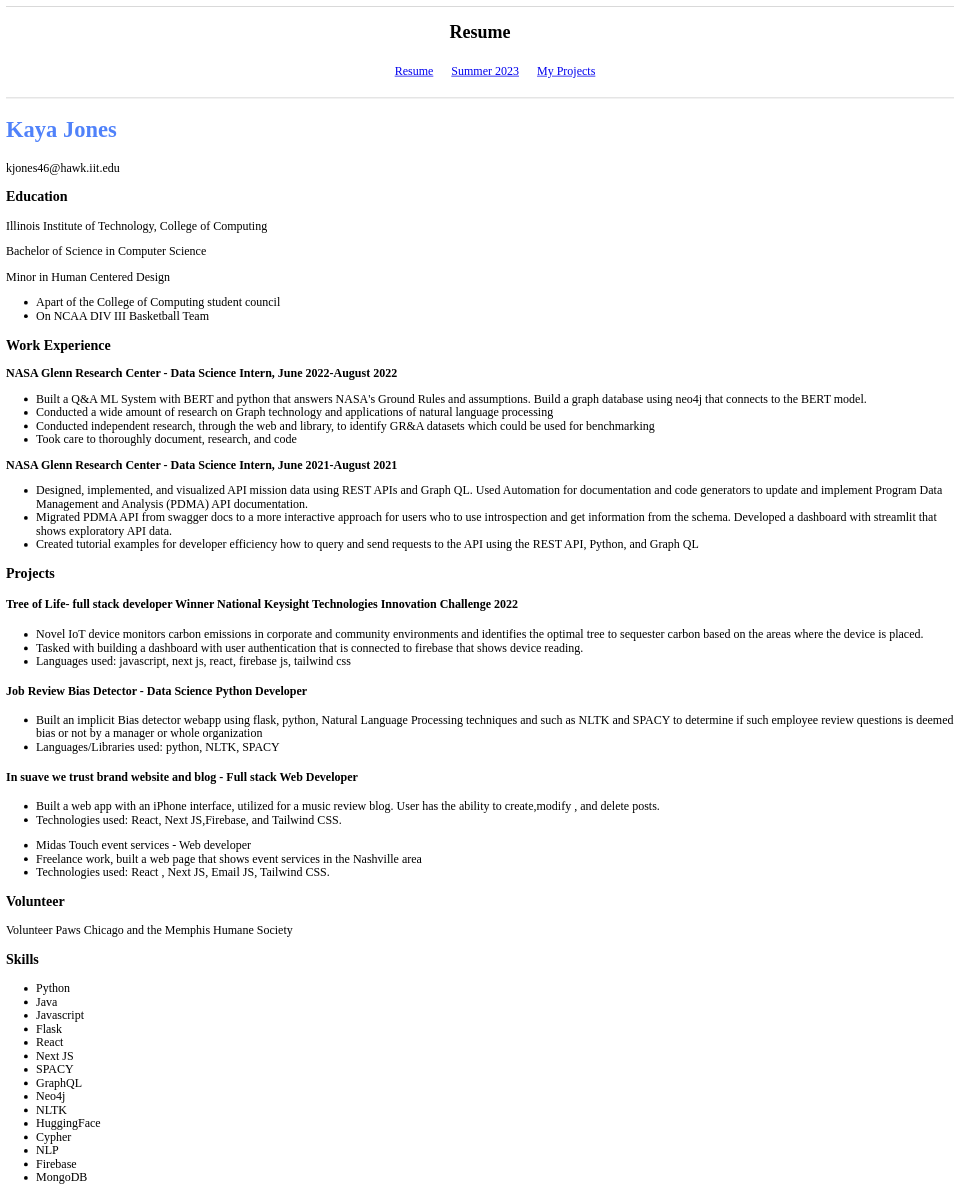
Repository: kayacancode/itm361project1
Page: index.html
An editor plug-in stored every save of this project. The page is shown before and after the next save, followed by the edit.
The browser window is 1280 px wide. The pictures show the whole page, at 75% of full size.
Some web fonts or font styles are not loaded; a fallback is used.

Above is the page before, as saved 2023-03-04 12:59:30.

### index.html
<!DOCTYPE html>
<html lang="en">
  <head>
    <meta charset="UTF-8" />
    <title>ITMD 361 - Web Development</title>
    <link rel="stylesheet" href="css/style.css" />

  </head>
  <body>
    <header>
      <nav>
        <h1>Resume</h1>
        <ul>
          <li><a href="index.html">Resume</a></li>
          <li><a href="summer2023.html">Summer 2023</a></li>
          <li><a href="projects.html">My Projects</a></li>
        </ul>
      </nav>
    </header>
    <h2>Kaya Jones</h2>
    <p>kjones46@hawk.iit.edu</p>
    <h3>Education</h3>
    <p>Illinois Institute of Technology, College of Computing</p>
    <p>Bachelor of Science in Computer Science</p>
    <p>Minor in Human Centered Design</p>
    <ul >
      <li>Apart of the College of Computing student council</li>
      <li>On NCAA DIV III Basketball Team</li>
    </ul>
    <section>
    <h3>Work Experience</h3>
    <p>
      <span style="font-weight:bold">NASA Glenn Research Center - Data Science Intern, June 2022-August 2022 </span>
    </p>
    <ul >
      <li>
        Built a Q&A ML System with BERT and python that answers NASA's Ground
        Rules and assumptions. Build a graph database using neo4j that connects
        to the BERT model.
      </li>
      <li>
        Conducted a wide amount of research on Graph technology and applications
        of natural language processing
      </li>
      <li>
        Conducted independent research, through the web and library, to identify
        GR&A datasets which could be used for benchmarking
      </li>
      <li>Took care to thoroughly document, research, and code</li>
    </ul>
    <p>
      <span style="font-weight:bold">NASA Glenn Research Center - Data Science Intern, June 2021-August 2021 </span>
    </p>
    <ul >
      <li>
        Designed, implemented, and visualized API mission data using REST APIs
        and Graph QL. Used Automation for documentation and code generators to
        update and implement Program Data Management and Analysis (PDMA) API
        documentation.
      </li>
      <li>
        Migrated PDMA API from swagger docs to a more interactive approach for
        users who to use introspection and get information from the schema.
        Developed a dashboard with streamlit that shows exploratory API data.
      </li>
      <li>
        Created tutorial examples for developer efficiency how to query and send
        requests to the API using the REST API, Python, and Graph QL
      </li>
    </ul>
  </section>
  <section>
    <h3>Projects</h3>
    <h4>Tree of Life- full stack developer Winner National Keysight Technologies
      Innovation Challenge 2022</h4>
    <ul>

      <li>
        Novel IoT device monitors carbon emissions in corporate and community
        environments and identifies the optimal tree to sequester carbon based
        on the areas where the device is placed.
      </li>
      <li>
        Tasked with building a dashboard with user authentication that is
        connected to firebase that shows device reading.
      </li>
      <li>
        Languages used: javascript, next js, react, firebase js, tailwind css
      </li>
    </ul>
    <h4>Job Review Bias Detector - Data Science Python Developer</h4>
    <ul>
      <li>
        Built an implicit Bias detector webapp using flask, python, Natural
        Language Processing techniques and such as NLTK and SPACY to determine
        if such employee review questions is deemed bias or not by a manager or
        whole organization
      </li>

      <li>Languages/Libraries used: python, NLTK, SPACY</li>
    </ul>
    <h4>In suave we trust brand website and blog - Full stack Web Developer</h4>
    <ul >

      <li>
        Built a web app with an iPhone interface, utilized for a music review
        blog. User has the ability to create,modify , and delete posts.
      </li>

      <li>Technologies used: React, Next JS,Firebase, and Tailwind CSS.</li>
    </ul>

    <ul>
      <li>Midas Touch event services - Web developer</li>
      <li>
        Freelance work, built a web page that shows event services in the
        Nashville area
      </li>

      <li>Technologies used: React , Next JS, Email JS, Tailwind CSS.</li>
    </ul>
  </section>

  <h3>Volunteer </h3>
    <p>Volunteer Paws Chicago and the Memphis Humane Society</p>

    <h3>Skills</h3>
    <ul >
      <li>Python</li>
      <li>Java</li>
      <li>Javascript</li>
      <li>Flask</li>
      <li>React</li>
      <li>Next JS</li>
      <li>SPACY</li>
      <li>GraphQL</li>
      <li>Neo4j</li>
      <li>NLTK</li>
      <li>HuggingFace</li>
      <li>Cypher</li>
      <li>NLP</li>
      <li>Firebase</li>
      <li>MongoDB</li>
    </ul>
  </body>
</html>

### css/style.css
@import url("https://fonts.googleapis.com/css2?family=Tilt+Warp&display=swap");



nav{
    border:1px solid #ccc;
    border-width:1px 0;
    list-style:none;
    margin:0;
    padding:0;
    text-align:center;
}
nav li{
    display:inline;
}
nav a{
    display:inline-block;
    padding:10px;
}

h1{
    font-family: "Tilt Warp", cursive;

}
h2{
    font-size: 30px;
    font-family: "Tilt Warp", cursive;
    color:#5082FA;
}

.websites img{
    display: block;
    margin-left: auto;
    margin-right: auto;
    max-width: 50%;
    height: 350px;
    border-radius: 20px;
}

After the next save:
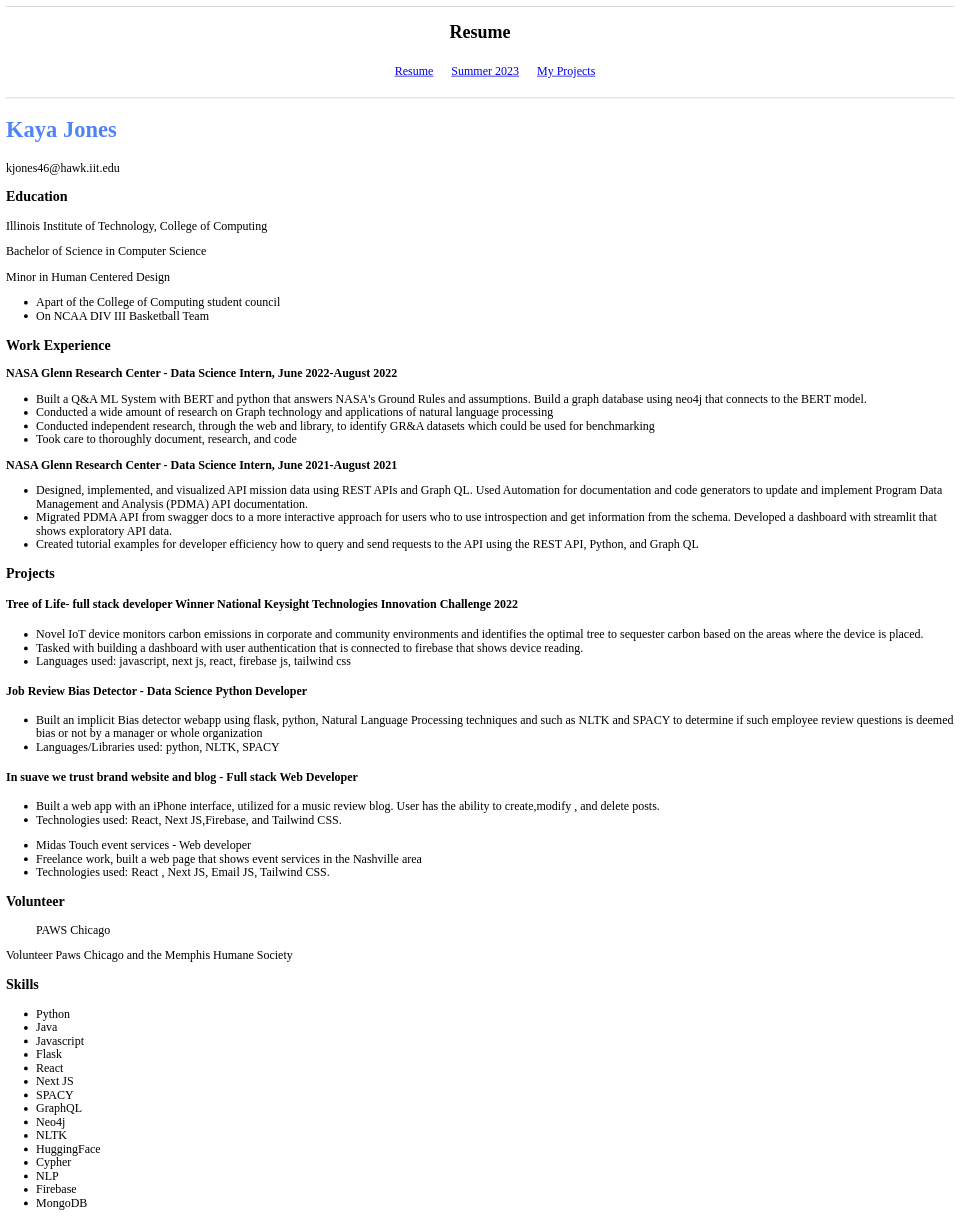
Saved 18 s later.
--- a/index.html
+++ b/index.html
@@ -122,6 +122,8 @@
   </section>
 
   <h3>Volunteer </h3>
+  <ul>PAWS Chicago</ul>
+
     <p>Volunteer Paws Chicago and the Memphis Humane Society</p>
 
     <h3>Skills</h3>
